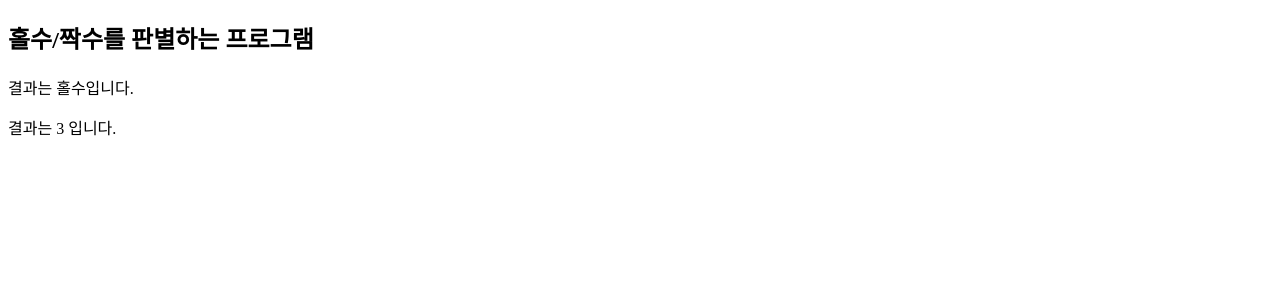
Repository: Kongnamu/JSPworks
Page: http://localhost/jwbook/ch01/expression1.jsp
These files come from the project's save history. The page is drawn as it stood at one moment and after the next save; the edit follows.
The browser window is 1280 px wide. The pictures show the whole page.
The page is served by Tomcat 9.

Above is the page before, as saved 2023-11-20 05:13:51.

After the next save:
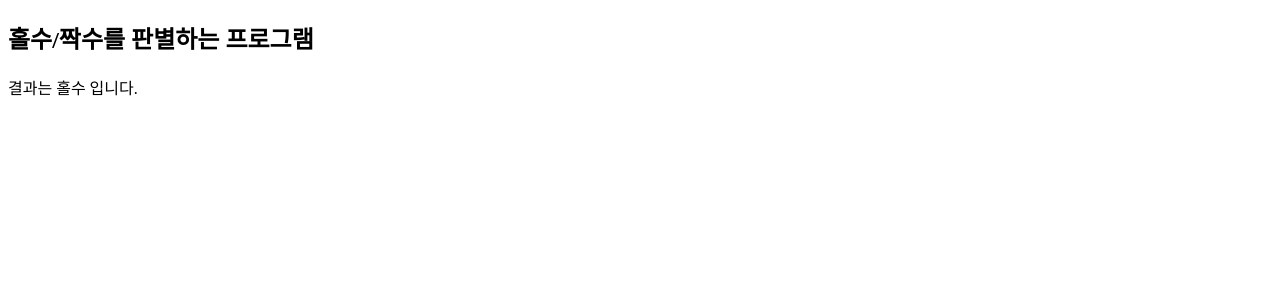
Saved 2 min 11 s later.
--- a/jwbook/src/main/webapp/ch01/expression1.jsp
+++ b/jwbook/src/main/webapp/ch01/expression1.jsp
@@ -10,14 +10,16 @@
 	<h2>홀수/짝수를 판별하는 프로그램</h2>
 	<%
 		int num = 3;
+		String result = "";
+
 			if(num % 3 ==0){
-				out.println("결과는 홀수입니다.");
+				result = "홀수";
 			}else{
-				out.println("결과는 짝수입니다.");
+				result = "짝수";
 			}
 
 	%>
 
-	<p>결과는 <%= num %> 입니다.</p>
+	<p>결과는 <%= result %> 입니다.</p>
 </body>
 </html>
